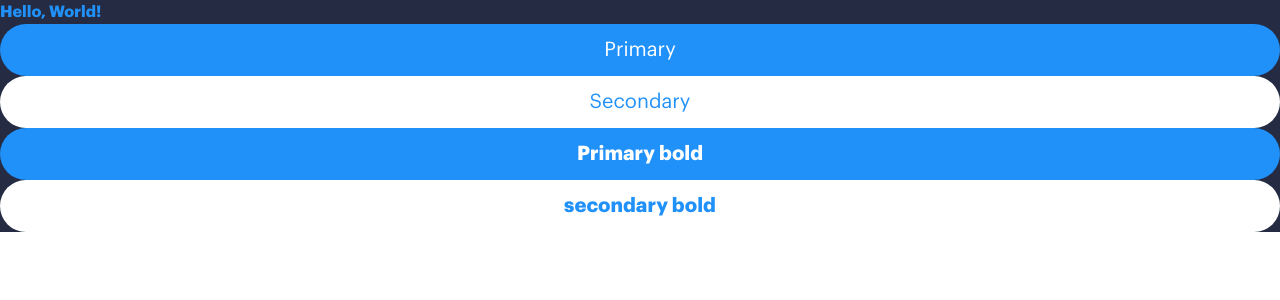
Repository: SK3010z/figmaland-tailwind
Page: /
An editor plug-in stored every save of this project. The page is shown before and after the next save, followed by the edit.
The browser window is 1280 px wide. The pictures show the whole page.
The project was rebuilt for these pictures with package versions that can differ from the ones it lists, and the page was loaded fresh each time. Also part of the build but not shown: vite.config.js, src/mediaQueries.jsx.

Above is the page before, as saved 2024-08-16 14:20:59.

### index.html
<!doctype html>
<html lang="en">
  <head>
    <meta charset="UTF-8" />
    <link rel="icon" type="image/svg+xml" href="/vite.svg" />
    <meta name="viewport" content="width=device-width, initial-scale=1.0" />
    <title>FigmaLand</title>
  </head>
  <body>
    <div id="root"></div>
    <script type="module" src="/src/main.jsx"></script>
  </body>
</html>

### src/main.jsx
import { StrictMode } from 'react'
import { createRoot } from 'react-dom/client'
import App from './App.jsx'
import MediaQueries from './mediaQueries.jsx'
import './index.css'

createRoot(document.getElementById('root')).render(
  <StrictMode>
    <App/>
  </StrictMode>,
)

### src/App.jsx
import { Button } from "./components/Button"

function App() {
  return (
    <div className="bg-darkBrackground justify-center flex flex-col">
      <h1 className="text-primary bg-darkBrackground font-graphik-bold">Hello, World!</h1>
      <Button>Primary</Button>
      <Button variant="secondary">Secondary</Button>
      <Button isBold>Primary bold</Button>
      <Button variant="secondary" isBold>secondary bold</Button>
    </div>
  )
}

export default App

### src/index.css
@tailwind base;
@tailwind components;
@tailwind utilities;

@font-face {
  font-family: "Graphik-bold";
  src: url(./fonts/Graphik/Graphik-Bold-Trial.otf) format("opentype");
  font-style: normal;
  font-display: swap;
}
@font-face {
  font-family: "Graphik";
  src: url(./fonts/Graphik/Graphik-Regular-Trial.otf) format("opentype");
  font-style: normal;
  font-display: swap;
}

### src/components/Button/index.jsx
export const Button = ({children, variant = 'primary', isBold = false}) => {
  return (
    <button
      className={`flex items-center justify-center p-4 rounded-full bg-primary font-graphik text-xl leading-5
        ${variant === "primary"
            ? 'bg-primary text-white'
            : 'bg-white text-primary'
        }
        ${isBold && 'font-graphik-bold'}
      `}
    >
      {children}
    </button>
  );
};

### tailwind.config.js
/** @type {import('tailwindcss').Config} */
export default {
  content: [
    "./index.html",
    "./src/**/*.{js,ts,jsx,tsx}",
  ],
  theme: {
    extend: {
      fontFamily: {
        graphik: ['Graphik','sans-serif'],
        'graphik-bold': ['Graphik-bold','sans-serif']
      },
      colors: {
        primary: '#2091F9',
        text: '#252B42',
        decondaryText: '#374754',
        darkBrackground: '#252B42'
      }
    },
  },
  plugins: [],
}

After the next save:
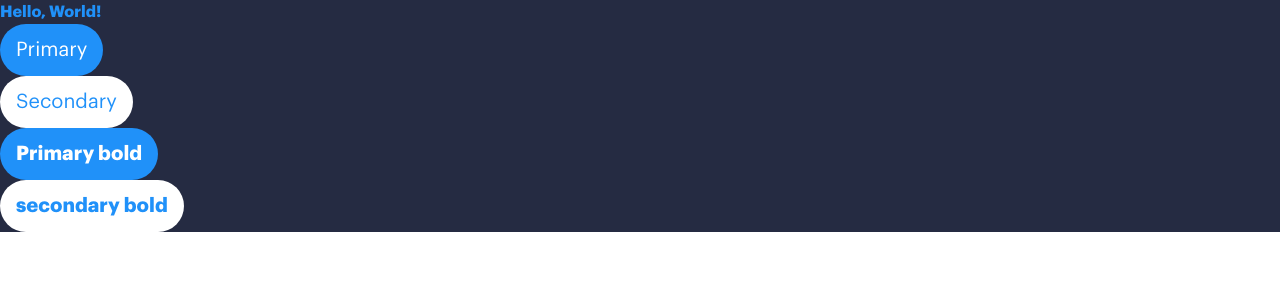
Saved 12 s later.
--- a/src/App.jsx
+++ b/src/App.jsx
@@ -2,7 +2,7 @@
 
 function App() {
   return (
-    <div className="bg-darkBrackground justify-center flex flex-col">
+    <div className="bg-darkBrackground justify-center ">
       <h1 className="text-primary bg-darkBrackground font-graphik-bold">Hello, World!</h1>
       <Button>Primary</Button>
       <Button variant="secondary">Secondary</Button>
